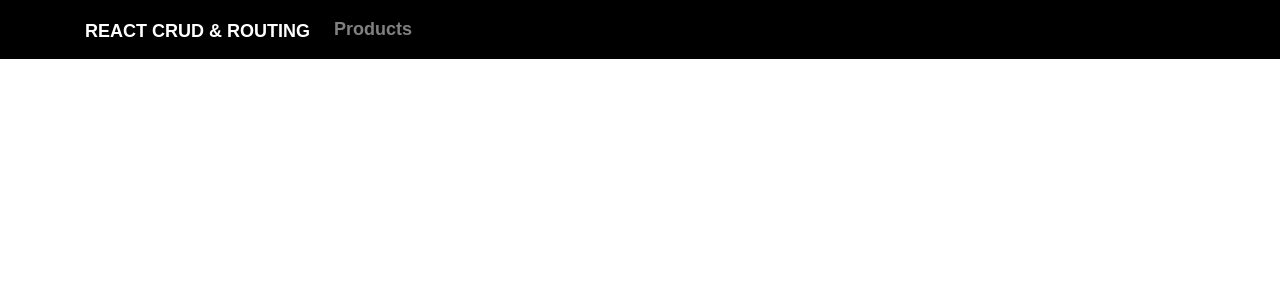
Repository: ppfeliuu/routercrudreact
Page: /products/edit/1
The author's editor kept a copy of each file at every save. The page is drawn from the files as they stood at one save, then again after the next save.
The browser window is 1280 px wide. The pictures show the whole page.
Some web fonts or font styles are not loaded; a fallback is used. The project was rebuilt for these pictures with package versions that can differ from the ones it lists, and the page was loaded fresh each time. Also part of the build but not shown: src/components/Productos.js, src/components/Producto.js, src/components/EditarProducto.js, src/components/AgregarProducto.js.

Above is the page before, as saved 2019-06-25 13:50:04.

### public/index.html
<!DOCTYPE html>
<html lang="en">
  <head>
    <meta charset="utf-8" />
    <link rel="shortcut icon" href="%PUBLIC_URL%/favicon.ico" />
    <meta name="viewport" content="width=device-width, initial-scale=1" />
    <meta name="theme-color" content="#000000" />
    <!--
      manifest.json provides metadata used when your web app is installed on a
      user's mobile device or desktop. See https://developers.google.com/web/fundamentals/web-app-manifest/
    -->
    <link rel="manifest" href="%PUBLIC_URL%/manifest.json" />
    <link rel="stylesheet" href="/css/bootstrap.min.css">
    <!--
      Notice the use of %PUBLIC_URL% in the tags above.
      It will be replaced with the URL of the `public` folder during the build.
      Only files inside the `public` folder can be referenced from the HTML.

      Unlike "/favicon.ico" or "favicon.ico", "%PUBLIC_URL%/favicon.ico" will
      work correctly both with client-side routing and a non-root public URL.
      Learn how to configure a non-root public URL by running `npm run build`.
    -->
    <title>React App</title>
  </head>
  <body>
    <noscript>You need to enable JavaScript to run this app.</noscript>
    <div id="root"></div>
    <!--
      This HTML file is a template.
      If you open it directly in the browser, you will see an empty page.

      You can add webfonts, meta tags, or analytics to this file.
      The build step will place the bundled scripts into the <body> tag.

      To begin the development, run `npm start` or `yarn start`.
      To create a production bundle, use `npm run build` or `yarn build`.
    -->
  </body>
</html>

### src/App.js
import React from 'react';
import { BrowserRouter as Router, Route, Switch }  from 'react-router-dom';
import Productos from './components/Productos';
import Producto from './components/Producto';
import EditarProducto from './components/EditarProducto';
import AgregarProducto from './components/AgregarProducto';
import Header from './components/Header';


function App() {
  return (
    <Router>
      <Header />
      <main className="container mt-5">
      <Switch>
        <Route exact path="/new" component={AgregarProducto} />
        <Route exact path="/p" component={Productos} />
        <Route exact path="/p/:id" component={Producto} />
        <Route exact path="/p/edit/:id" component={EditarProducto} />
      </Switch>
      </main>
    </Router>
  );
}

export default App;

### src/components/Header.js
import React from 'react';
import { Link } from 'react-router-dom';

const Header = () => (
    <nav className="navbar navbar-expand-lg navbar-dark bg-dark">
        <div class="container">
            <Link to="/p" className="navbar-brand">
                React CRUD & Routing
            </Link>

            <ul className="navbar-nav mr-auto">
                <li className="nav-item">
                    <Link to="/p" className="nav-link">Products</Link>
                </li>
            </ul>
        </div>
    </nav>
);


export default Header;

Loaded but not shown: src/index.js (common file); src/serviceWorker.js (common file); public/css/bootstrap.min.css (library)

After the next save:
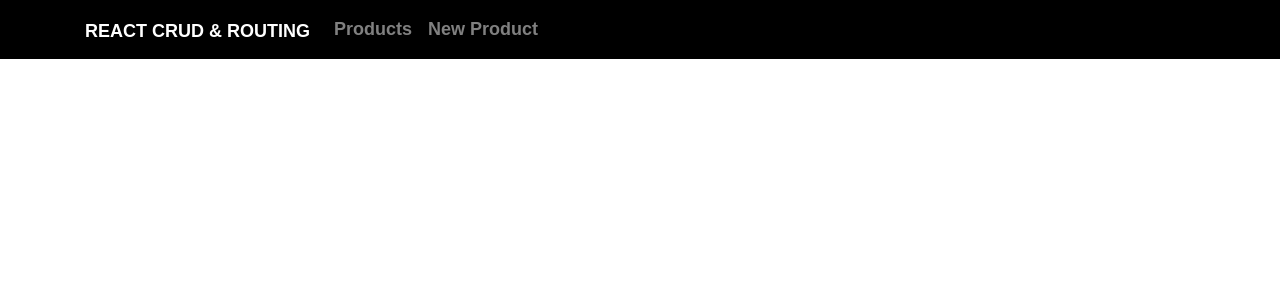
Saved 36 s later.
--- a/src/components/Header.js
+++ b/src/components/Header.js
@@ -12,6 +12,9 @@ const Header = () => (
                 <li className="nav-item">
                     <Link to="/p" className="nav-link">Products</Link>
                 </li>
+                <li className="nav-item">
+                    <Link to="/new" className="nav-link">New Product</Link>
+                </li>
             </ul>
         </div>
     </nav>
